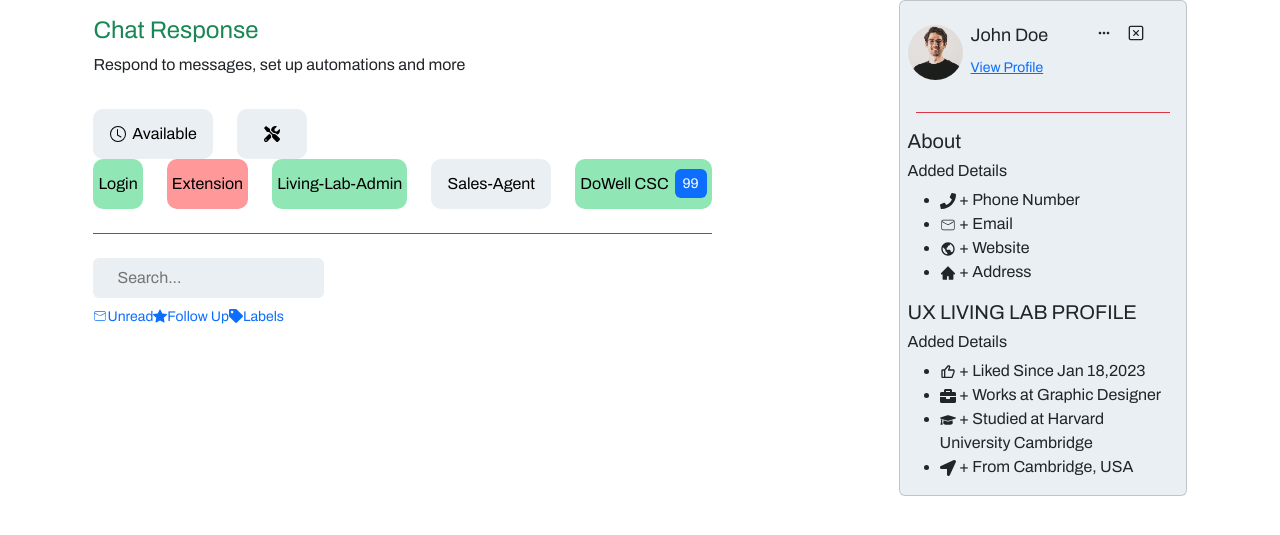
Repository: uh-sman/UX-Living-Lab-Chat
Page: /
The author's editor kept a copy of each file at every save. The page is drawn from the files as they stood at one save, then again after the next save.
The browser window is 1280 px wide. The pictures show the whole page.
The project was rebuilt for these pictures with package versions that can differ from the ones it lists, and the page was loaded fresh each time.

Above is the page before, as saved 2023-05-10 16:49:13.

### public/index.html
<!DOCTYPE html>
<html lang="en">
  <head>
    <meta charset="utf-8" />
    <link rel="icon" href="%PUBLIC_URL%/favicon.ico" />
    <meta name="viewport" content="width=device-width, initial-scale=1" />
    <meta name="theme-color" content="#000000" />
    <meta
      name="description"
      content="Web site created using create-react-app"
    />
    <link rel="apple-touch-icon" href="%PUBLIC_URL%/logo192.png" />
    <!--
      manifest.json provides metadata used when your web app is installed on a
      user's mobile device or desktop. See https://developers.google.com/web/fundamentals/web-app-manifest/
    -->
    <link rel="manifest" href="%PUBLIC_URL%/manifest.json" />
    <!-- font awsome CDN -->

    <link
      rel="stylesheet"
      href="https://cdn.jsdelivr.net/npm/@fortawesome/fontawesome-free@6.2.1/css/fontawesome.min.css"
      integrity="sha384-QYIZto+st3yW+o8+5OHfT6S482Zsvz2WfOzpFSXMF9zqeLcFV0/wlZpMtyFcZALm"
      crossorigin="anonymous"
    />
    <!--
      Notice the use of %PUBLIC_URL% in the tags above.
      It will be replaced with the URL of the `public` folder during the build.
      Only files inside the `public` folder can be referenced from the HTML.

      Unlike "/favicon.ico" or "favicon.ico", "%PUBLIC_URL%/favicon.ico" will
      work correctly both with client-side routing and a non-root public URL.
      Learn how to configure a non-root public URL by running `npm run build`.
    -->
    <title>React App</title>
  </head>
  <body>
    <noscript>You need to enable JavaScript to run this app.</noscript>
    <div id="root"></div>
    <!--
      This HTML file is a template.
      If you open it directly in the browser, you will see an empty page.

      You can add webfonts, meta tags, or analytics to this file.
      The build step will place the bundled scripts into the <body> tag.

      To begin the development, run `npm start` or `yarn start`.
      To create a production bundle, use `npm run build` or `yarn build`.
    -->
  </body>
</html>

### src/index.css
* {
  text-decoration: none;
}

### src/App.js
import "./App.css";
import "bootstrap/dist/css/bootstrap.min.css";
import "bootstrap/dist/js/bootstrap.bundle.min";
import Container from "./container";
function App() {
  return (
    <div className="App">
      <Container />
    </div>
  );
}

export default App;

### src/App.css
@import url("https://fonts.googleapis.com/css2?family=Archivo&display=swap");
:root {
  --header-color: #0d7813;
  /* --button-color :#00000;
  --button-color :#90E7B5; */
  --bg-color: #e9eff3;
  /* #90E7B5 */

  --font: "Archivo", sans-serif;
}

* {
  text-decoration: none;
  /* list-style: none; */
  font-family: "Archivo", sans-serif;
}

.body {
  font-family: "Archivo", sans-serif;
}
.header {
  color: var(--header-color);
  font-family: "Archivo", sans-serif;
}
.button {
  display: flex;
  align-items: center;
  background: var(--bg-color);
  justify-content: center;
  height: 50px;
  width: 120px;
  gap: 6px;
  border: none;
  border-radius: 10px;
}
.button2 {
  display: flex;
  align-items: center;
  background: var(--bg-color);
  justify-content: center;
  height: 50px;
  width: 70px;
  gap: 6px;
  border: none;
  border-radius: 10px;
}
.button3 {
  display: flex;
  align-items: center;
  background: #90e7b5;
  justify-content: center;
  height: 50px;
  max-width: contain;
  padding: 0px 5px;
  gap: 6px;
  border: none;
  border-radius: 10px;
}
.button4 {
  display: flex;
  align-items: center;
  background: #ff9898;
  justify-content: center;
  height: 50px;
  max-width: contain;
  padding: 0px 5px;
  gap: 6px;
  border: none;
  border-radius: 10px;
}
.image-style {
  width: 55px;
  height: 55px;
  border-radius: 500px;
}
.cardBody {
  background-color: var(--bg-color);
}
.input {
  border: var(--bg-color);
  outline: none;
  background: var(--bg-color);
}

### src/container/index.js
import React from "react";
import ChatSection from "./ChatSection";
import DetailsSection from "./DetailsSection";
const Container = () => {
  return (
    <div className="">
      <div className="d-flex justify-content-around">
        <ChatSection />
        <DetailsSection />
      </div>
    </div>
  );
};

export default Container;

### src/container/ChatSection.js
import React from "react";
import ChatHeader from "./ChatItems/ChatHeader";
import SearchBar from "./Chats/SearchBar";

const ChatSection = () => {
  return (
    <div className="w-full">
      <ChatHeader />
      {/* chats come here */}
      <div className="d-flex my-2">
        <SearchBar />
      </div>
    </div>
  );
};

export default ChatSection;

### src/container/DetailsSection.jsx
import React from "react";
import user from "../assets/user.jpg";
import AboutDetails from "./Details/AboutDetails";
import DetailsSectionButton from "./DetailsSectionButton";
const DetailsSection = ({ title, about }) => {
  return (
    <div>
      <div
        className="card"
        style={{ width: "18rem", backgroundColor: "#e9eff3" }}
      >
        <div className="mx-2">
          <div className="d-flex gap-5 mt-4 ">
            <figure className="d-flex gap-2">
              <img src={user} className=" image-style" />
              <div className="">
                <h4 className="body fw-bold" style={{ fontSize: "18px" }}>
                  {title}
                </h4>
                <a href="" className="fw-bold" style={{ fontSize: "14px" }}>
                  View Profile
                </a>
              </div>
            </figure>
            <DetailsSectionButton />
          </div>
          <div className="border-bottom border-danger mx-2 my-3"></div>
          <div className=""></div>
          {/* DETAILS */}
          <AboutDetails />
        </div>
      </div>
    </div>
  );
};
DetailsSection.defaultProps = {
  title: "John Doe",
  about: "About",
};

export default DetailsSection;

### src/container/ChatItems/ChatHeader.jsx
import React from "react";
import Buttons from "./Buttons";
import HeaderButtons from "./HeaderButtons";

const ChatHeader = ({ title, caption }) => {
  return (
    <div>
      <div className=" d-flex justify-content-between my-3">
        <header>
          <h1 className="header fs-4 fw-bold text-success">{title}</h1>
          <p className="fw-medium  Header-font">{caption}</p>
        </header>
      </div>
      <HeaderButtons />
      <Buttons />
      <div className="border-bottom border-success my-4"></div>
    </div>
  );
};

export default ChatHeader;
ChatHeader.defaultProps = {
  title: "Chat Response",
  caption: "Respond to messages, set up automations and more",
};

### src/container/Chats/SearchBar.jsx
import React from "react";
import { FaSearch } from "react-icons/fa";
import Icons from "./Icons";
// BsStarFill;
const SearchBar = () => {
  return (
    <div className="pr-4">
      <div className="overflow-y-scroll">
        <form>
          <input
            className="input rounded bi bi-search py-2 px-4"
            placeholder="Search..."
          />
          <i className="bi bi-search"></i>
        </form>
        <Icons />
      </div>
    </div>
  );
};

export default SearchBar;

### src/container/Details/AboutDetails.jsx
import React from "react";
import {
  FaPhone,
  FaBriefcase,
  FaGraduationCap,
  FaLocationArrow,
} from "react-icons/fa";
import { CiMail } from "react-icons/ci";
import { BiWorld, BiLike } from "react-icons/bi";
import { AiFillHome } from "react-icons/ai";
const AboutDetails = ({ title, ux }) => {
  const data = [
    {
      phone: "Phone Number",
      email: "Email",
      web: "Website",
    },
  ];
  return (
    <div>
      <div className="">
        <h5>{title}</h5>
        <main>
          <h6>Added Details</h6>
          <div className="">
            <ul>
              <li>
                <FaPhone /> + Phone Number
              </li>
              <li>
                <CiMail /> + Email
              </li>
              <li>
                <BiWorld /> + Website
              </li>
              <li>
                <AiFillHome /> + Address
              </li>
            </ul>
          </div>
        </main>
      </div>
      <div className="">
        <h5>{ux}</h5>
        <main>
          <h6>Added Details</h6>
          <div className="">
            <ul>
              <li>
                <BiLike /> + Liked Since Jan 18,2023
                {/* date from the api */}
              </li>
              <li>
                <FaBriefcase /> + Works at Graphic Designer
              </li>
              <li>
                <FaGraduationCap /> + Studied at Harvard University Cambridge
                {/* Place of work from the api */}
              </li>
              <li>
                <FaLocationArrow /> + From Cambridge, USA
              </li>
            </ul>
          </div>
        </main>
      </div>
    </div>
  );
};

export default AboutDetails;

AboutDetails.defaultProps = {
  title: "About",
  ux: "UX LIVING LAB PROFILE",
};

### src/container/DetailsSectionButton.jsx
import React from "react";
import { MdOutlineMoreHoriz } from "react-icons/md";
import { CgCloseR } from "react-icons/cg";
const DetailsSectionButton = () => {
  return (
    <div>
      <div className="d-flex gap-3">
        <MdOutlineMoreHoriz />
        <CgCloseR />
      </div>
    </div>
  );
};

export default DetailsSectionButton;

### src/container/ChatItems/Buttons.jsx
import React from "react";

const Buttons = () => {
  return (
    <div className="d-flex gap-4">
      <button type="button" className="button3">
        Login
      </button>
      <button type="button" className="button4">
        Extension
      </button>
      <button type="button" className="button3">
        Living-Lab-Admin
      </button>
      <button type="button" className="button">
        Sales-Agent
      </button>
      <button type="button" className="button3">
        DoWell CSC
        <small className="bg-primary text-white px-2 py-1 rounded">
          {"99"}
        </small>
      </button>
    </div>
  );
};

export default Buttons;

### src/container/ChatItems/HeaderButtons.jsx
import React from "react";
import { BsClock } from "react-icons/bs";
import { FaTools } from "react-icons/fa";
const HeaderButtons = () => {
  return (
    <div className="d-flex gap-4">
      <button type="button" className="button">
        <BsClock className="" />
        Available
      </button>
      <button type="button" className="button2">
        <FaTools />
      </button>
    </div>
  );
};

export default HeaderButtons;

### src/container/Chats/Icons.jsx
import React from "react";
import { CiMail } from "react-icons/ci";
import { BsStarFill } from "react-icons/bs";
import { FaTag } from "react-icons/fa";
const Icons = () => {
  return (
    <div>
      <div className="d-flex text-primary my-2">
        <small className="d-flex align-items-center">
          <CiMail /> Unread
        </small>
        <small className="d-flex align-items-center">
          <BsStarFill /> Follow Up
        </small>
        <small className="d-flex align-items-center">
          <FaTag />
          Labels
        </small>
      </div>
    </div>
  );
};

export default Icons;

### src/container/Chats/message/ProfileHead.jsx
import React from "react";
import { FaTrashAlt } from "react-icons/fa";
import user from "../../../assets/user.jpg";
const ProfileHead = () => {
  return (
    <div>
      <div className="">
        <figure className="d-flex gap-2">
          <img src={user} className=" image-style" />
          <div className="">
            {/* Status active now if true show active */}
            <small>Active now</small>
          </div>
        </figure>
      </div>
    </div>
  );
};

export default ProfileHead;

Loaded but not shown: src/index.js (common file)

After the next save:
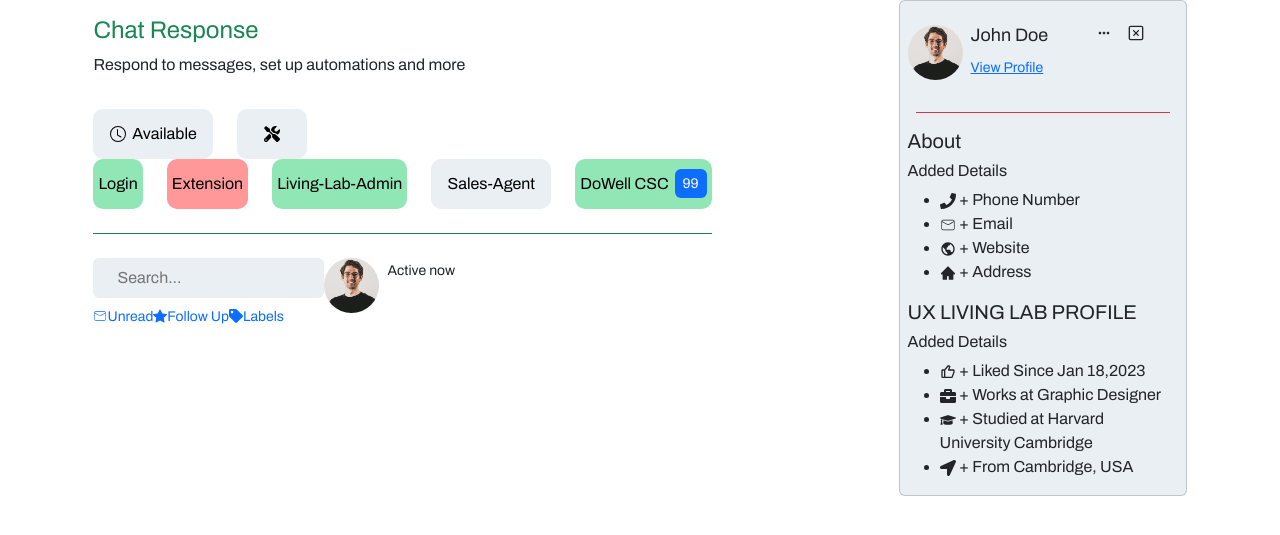
Saved 45 s later.
--- a/src/container/ChatSection.js
+++ b/src/container/ChatSection.js
@@ -1,5 +1,6 @@
 import React from "react";
 import ChatHeader from "./ChatItems/ChatHeader";
+import ProfileHead from "./Chats/message/ProfileHead";
 import SearchBar from "./Chats/SearchBar";
 
 const ChatSection = () => {
@@ -9,6 +10,7 @@ const ChatSection = () => {
       {/* chats come here */}
       <div className="d-flex my-2">
         <SearchBar />
+        <ProfileHead />
       </div>
     </div>
   );
